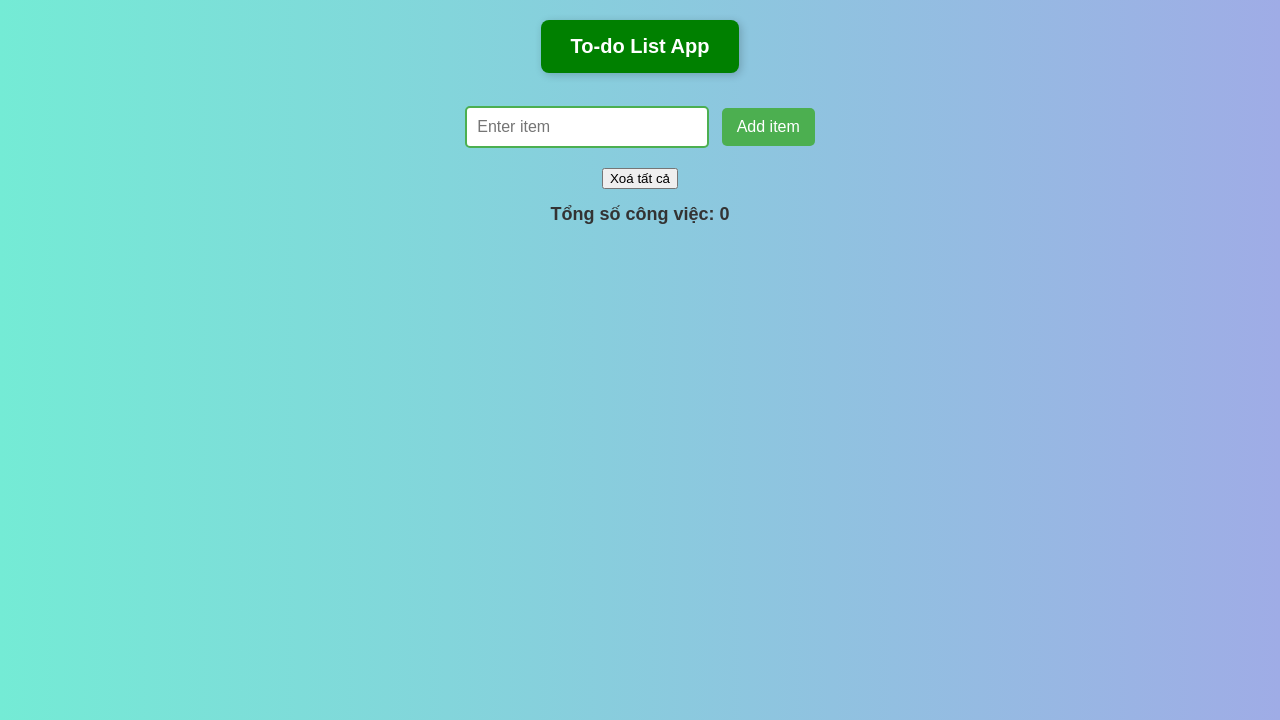
Repository: binhphanbp/WEB2064_JavaScript-Advanced_WD20305
Page: lesson4/lesson4.html
An editor plug-in stored every save of this project. The page is shown before and after the next save, followed by the edit.
The browser window is 1280 px wide. The pictures show the whole page.

Above is the page before, as saved 2025-09-24 12:24:06.

After the next save:
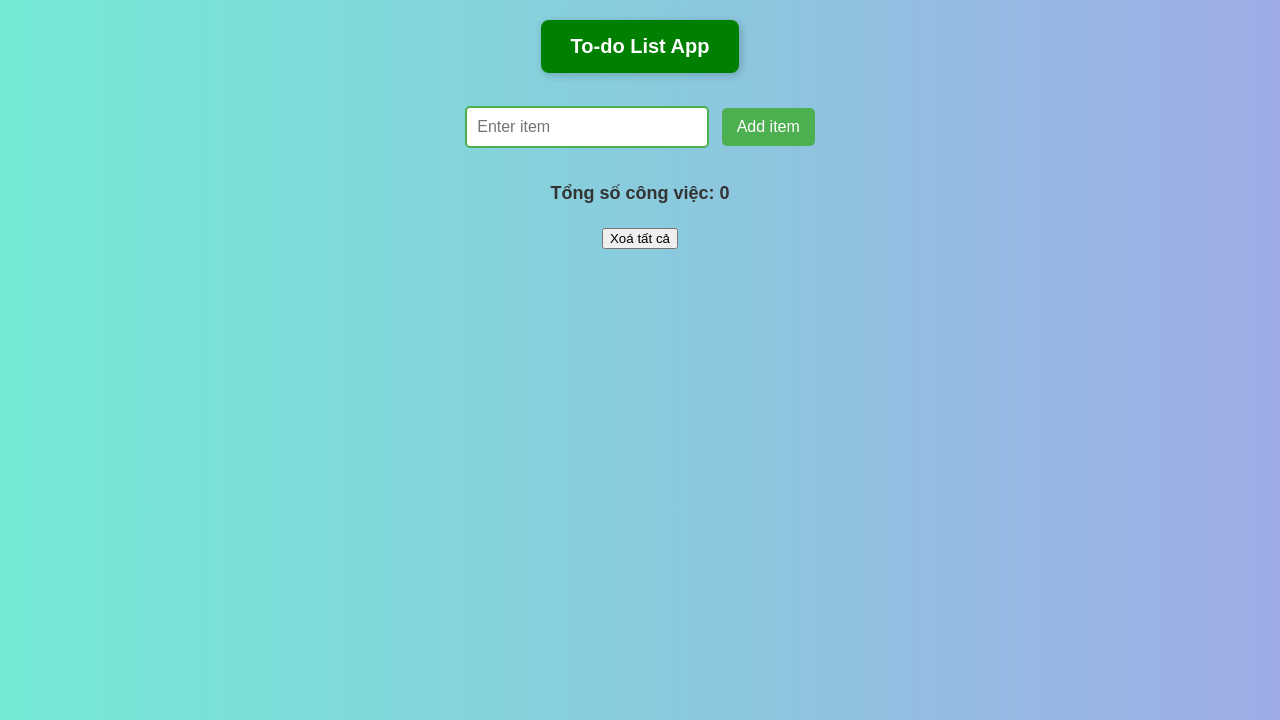
Saved 38 s later.
--- a/lesson4/lesson4.html
+++ b/lesson4/lesson4.html
@@ -185,9 +185,8 @@
         liTags.forEach((liTag) => {
           liTag.remove();
         });
-        updateTaskCount();
       });
-      ulTag.after(btnDelAlt);
+      h4Tag.after(btnDelAlt);
     </script>
   </body>
 </html>
